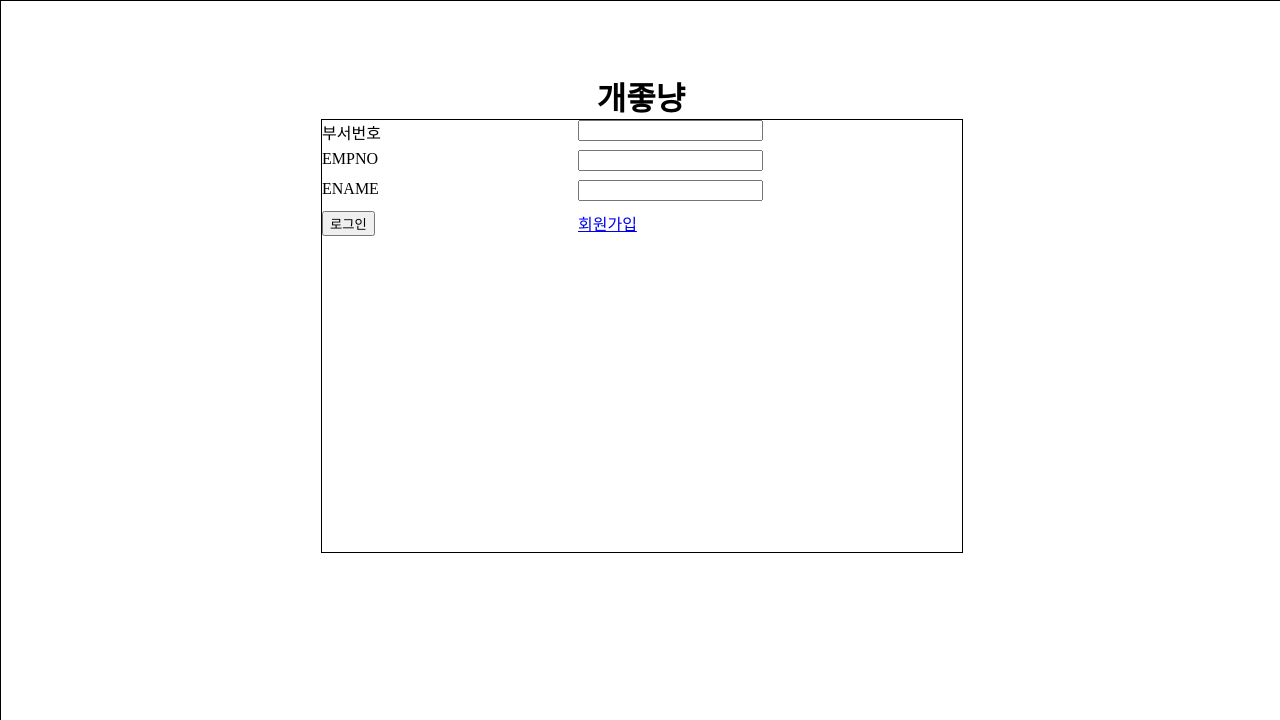
Repository: rmsgh2392/jee-company
Page: http://localhost/company/facade.do
An editor plug-in stored every save of this project. The page is shown before and after the next save, followed by the edit.
The browser window is 1280 px wide. The pictures show the whole page.
The page is served by Tomcat 9. Other server files are loaded and not shown.

Above is the page before, as saved 2019-10-07 11:14:20.

### company/WebContent/WEB-INF/views/facade/main.jsp
<%@ page language="java" contentType="text/html; charset=UTF-8"
    pageEncoding="UTF-8"%>
<%@taglib prefix="e" uri="http://java.sun.com/jsp/jstl/core"%>
<jsp:include page="../common/head.jsp"/>
<div>
	<h1 id="main_text">개좋냥</h1>
	<e:choose>
		<e:when test="${page eq 'login'}">
			<jsp:include page="login.jsp"/>
		</e:when>
		<e:when test="${page eq 'join'}">
			<jsp:include page="join.jsp"/>
		</e:when>
		<e:when test="${page eq 'mypage'}">
			<jsp:include page="mypage.jsp"/>
		</e:when>
	</e:choose>
</div>
<script>
app.init('${ctx}');
</script>
<jsp:include page="../common/foot.jsp"/>

### company/WebContent/WEB-INF/views/common/head.jsp
<%@ page language="java" contentType="text/html; charset=UTF-8"
    pageEncoding="UTF-8"%>
<!DOCTYPE html>
<html>
<head>
<meta charset="UTF-8">
<title>Insert title here</title>
<script src="${js}/jquery.js"></script>
<link rel="stylesheet" type="text/css" href="${css}/style.css"/></link>
<script src="${js}/app.js"></script>
</head>
<body>
<div class="wrapper" style="width:100%; height:100%">
<div></div> <div></div> <div></div>
<div></div>

### company/WebContent/WEB-INF/views/facade/login.jsp
<%@ page language="java" contentType="text/html; charset=UTF-8"
    pageEncoding="UTF-8"%>
<form id="login_form">
	<div class = "login_tab">
		<div> 부서번호 </div>
		<div><input id="deptname" class="login_text" type="text" name="deptNo"/></div>
		<div>EMPNO</div>
		<div>
			<input id="username" class="login_text" type="text" name="empNo"/>
		</div>


		<div>ENAME </div>
		<div>
			<input id="userpw" class="login_text" type="text" name="ename"/>
		</div>


		<div>
			<input id="login_btn" type="button" value="로그인"/>
		</div>
		<div>
			<a id="a_join" href="#">회원가입</a>
		</div>
		<input type="hidden" name="action" value="login"/>
		<input type="hidden" name="page" value="mypage"/>
	</div>
</form>
<script>
app.init('${ctx}');
</script>

### company/WebContent/WEB-INF/views/common/foot.jsp
<%@ page language="java" contentType="text/html; charset=UTF-8"
    pageEncoding="UTF-8"%>
<div></div>
<div></div> <div></div> <div></div>
  </div>
</body>
</html>

### company/src/com/company/web/controllers/FacadeController.java
package com.company.web.controllers;

import java.io.IOException;
import javax.servlet.ServletException;
import javax.servlet.annotation.WebServlet;
import javax.servlet.http.HttpServlet;
import javax.servlet.http.HttpServletRequest;
import javax.servlet.http.HttpServletResponse;

import com.company.web.pool.Constants;

@WebServlet("/facade.do")
public class FacadeController extends HttpServlet {
	private static final long serialVersionUID = 1L;

	enum Resources{
		CTX, CSS, JS
	}
	protected void doGet(HttpServletRequest request, HttpServletResponse response) throws ServletException, IOException {
		for(Resources r : Resources.values()) {
			if(r.toString().toLowerCase().equals("ctx")) {
				request.getSession().setAttribute(r.toString().toLowerCase(), request.getContextPath());
			}else {
				request.getSession().setAttribute(r.toString().toLowerCase(), request.getContextPath() + "/resources/" + r.toString().toLowerCase());

			}

		}
		if(request.getParameter("page")==null) {
			request.setAttribute("page", "login");
		}else {
			request.setAttribute("page", request.getParameter("page"));
		}
		request.getRequestDispatcher
		(String.format(Constants.DOUBLE_PATH
				,request.getServletPath().substring(1,request.getServletPath().indexOf(".")),"main"))
		.forward(request, response);

	}

}

### company/WebContent/resources/css/style.css
@charset "UTF-8";
html, body{
	margin: 0;
	height: 100%;
	overflow: hidden;
}
.wrapper{
	display : grid;
	width: 100%;
	height:100%;
	border : 1px solid black;
	grid-template-columns : 25% 50% 25%;
	grid-template-rows : 10% 60% 30%
}
.login_tab{
	display : grid;
	width: 100%;
	height:100%;
	border : 1px solid black;
	grid-template-columns : 40% 60%;
	grid-template-rows : 7% 7% 7% 7%;
	margin : 0 auto;
}

#main_text { width : 200px; margin : 0 auto;text-align:center;}
#login_form{width:100%;height:100%}

### company/WebContent/resources/js/app.js
var app = (()=>{
	return {
		init : (ctx)=>{
			employeeService.login(ctx);
			employeeService.join(ctx);
			employeeService.moveJoin(ctx);

		}

	};

})();

var player = (()=>{
	var _empNo,_ename,_job,_mgr,_hireDate,_sal,_comm,_deptNo;

	var setDeptNo = (deptNo)=>{this.deptNo = deptNo;}
	var setEmpNo = (empNo)=>{this.empNo = empNo;}
	var setEname = (ename)=>{this.ename = ename;}
	var getDeptNo = ()=>{return this._deptNo;}
	var getEmpNo = ()=>{return this. _empNo;}
	var getEname = ()=>{return this._ename;}
	return {
		setDeptNo : setDeptNo,
		setEmpNo  :  setEmpNo ,
		setEname : setEname,
		getDeptNo : getDeptNo,
		getEmpNo : getEmpNo,
		getEname : getEname
	};
})();

var employeeService = (()=>{
	return {
		login : (ctx)=>{
			$('#login_btn').click(()=>{
				if($('#username').val()===''||$('#userpw').val()===''||$('#deptname').val()===''){
					alert('필수값이 없습니다.');
				}else{
					/*alert('입력한 값 아이디'+$('#username').val());*/
					$('#login_form').attr('action',ctx+'/company.do');
					$('#login_form').attr('method','GET');
					$('#login_form').submit();
				}

			});
		},
		join: (ctx)=>{
			$('#join_btn').click(()=>{
				if($('#join_empNo').val()===''||$('#join_ename').val()===''){
					alert('필수값이 없습니다.');
				}else{
					/*alert('입력한 값 아이디'+$('#join_empNo').val());*/
					$('#join_form').attr('action',ctx+'/company.do');
					$('#join_form').attr('method','GET');
					$('#join_form').submit();
				}
			});
		},
		moveJoin : (ctx)=>{
			$('#a_join').click(()=>{

				location.assign(ctx+'/facade.do?page=join')
			});
		},


		search: (ctx)=>{
			$('#find2').click(()=>{
				location.assign(ctx+'/player.do?action=search&page=a_position');
			});

			$('#find4').click(()=>{
				location.assign(ctx+'/player.do?action=search&page=4_find_by_teamid_position');

			});

		}

	};
})();

Loaded but not shown: company/WebContent/resources/js/jquery.js (library)

After the next save:
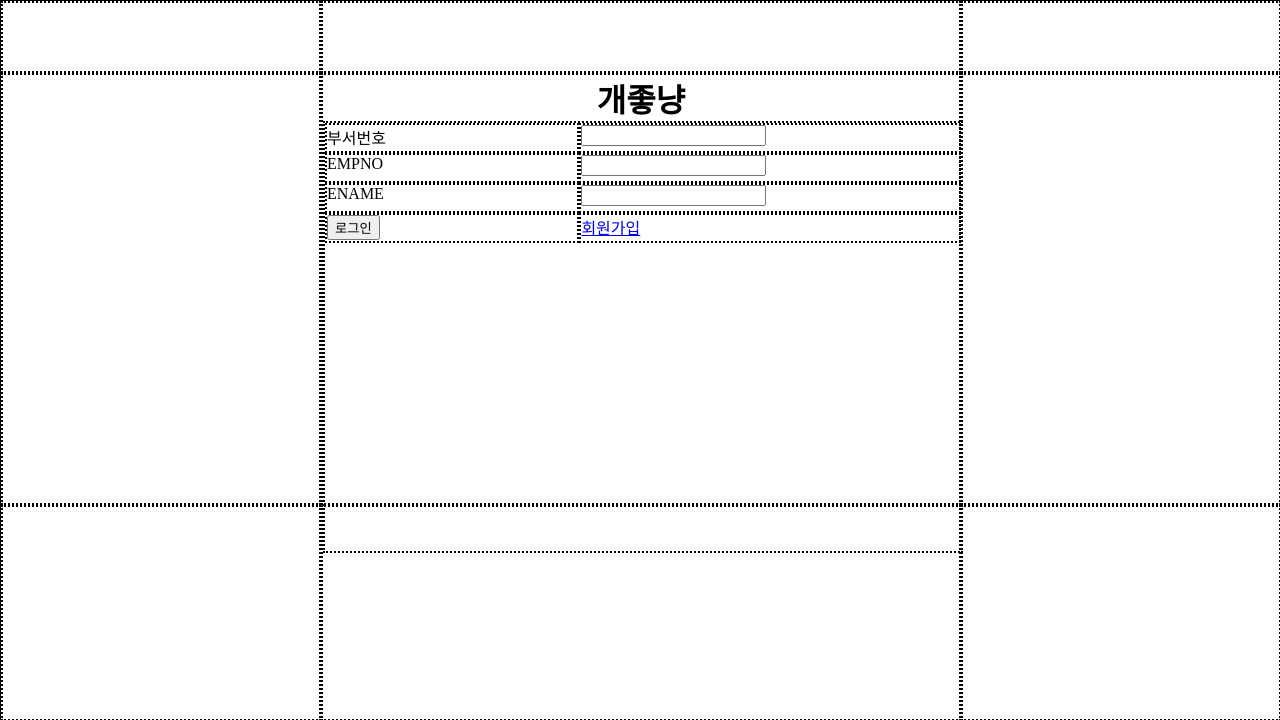
Saved 116 s later.
--- a/company/WebContent/resources/css/style.css
+++ b/company/WebContent/resources/css/style.css
@@ -12,6 +12,7 @@ html, body{
 	grid-template-columns : 25% 50% 25%;
 	grid-template-rows : 10% 60% 30%
 }
+.wrapper div {border : 2px dotted black}
 .login_tab{
 	display : grid;
 	width: 100%;
